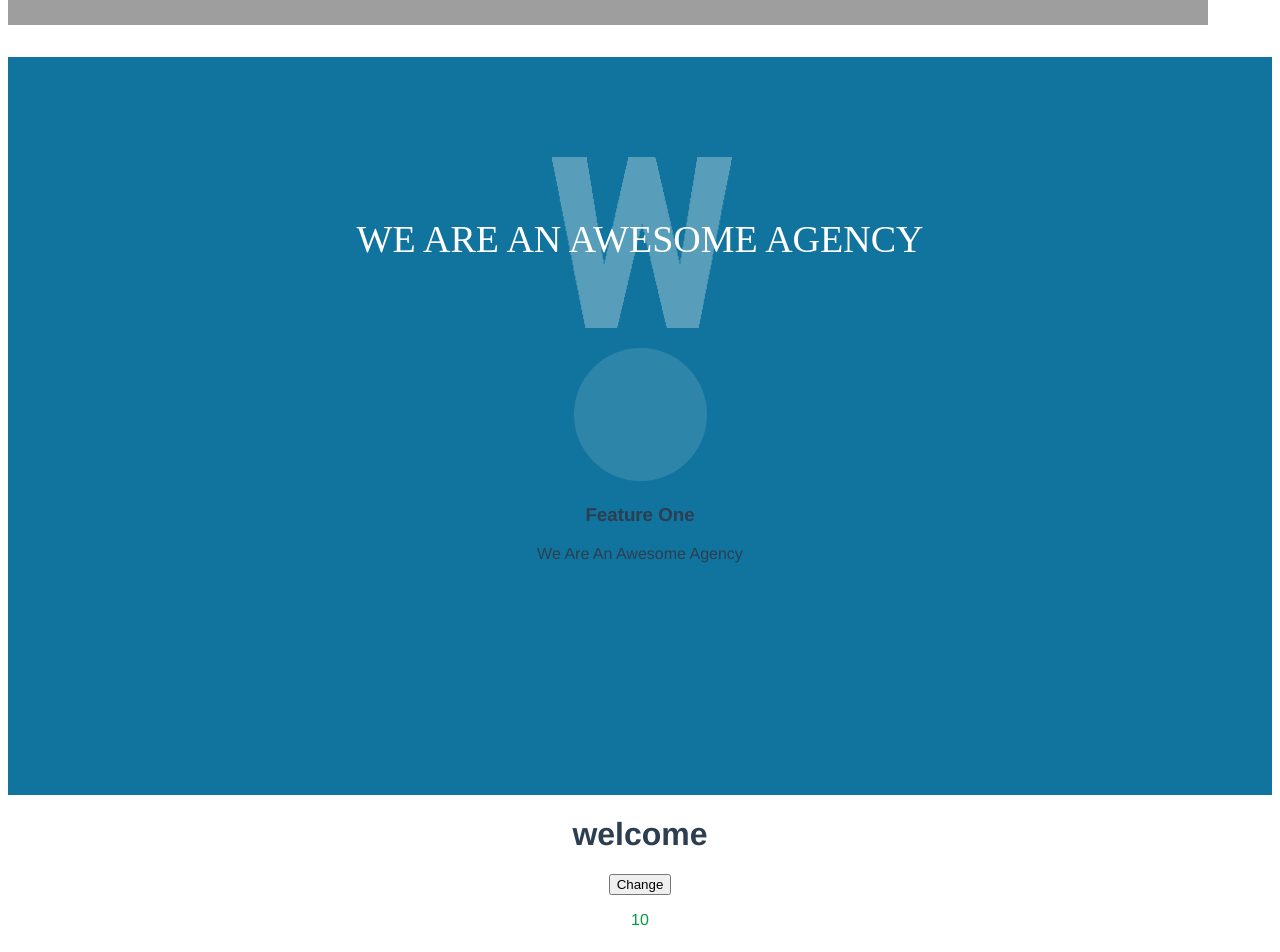
Repository: joker506/Creatives
Page: /
An editor plug-in stored every save of this project. The page is shown before and after the next save, followed by the edit.
The browser window is 1280 px wide. The pictures show the part of the page from y = 883 to 1835 px (the page is 1836 px tall).
Pictures or frames that could not be fetched are drawn as grey boxes. The project was rebuilt for these pictures with package versions that can differ from the ones it lists, and the page was loaded fresh each time.

Above is the page before, as saved 2020-04-01 19:02:26.

### src/App.vue
<template>
  <div id="app">
<HeaderApp  />
<AdvantagesApp />

    <HelloWorld
    @clicks="clickUp($event)"
       :msg=msg
       :counter=counter />
  </div>
</template>

<script>
import HelloWorld from './components/HelloWorld.vue'
import HeaderApp from './components/HeaderApp.vue'
import AdvantagesApp from './components/AdvantagesApp.vue'

export default {
  name: 'App',
  data(){
    return{
    msg:"welcome",
    counter:10
    }
  },
  components: {
    HelloWorld,
    AdvantagesApp,
    HeaderApp
  },
  methods:{
    clickUp(event){
      console.log("click")
      this.counter=event
    }
  }
}
</script>

<style>
#app {
  font-family: Avenir, Helvetica, Arial, sans-serif;
  -webkit-font-smoothing: antialiased;
  -moz-osx-font-smoothing: grayscale;
  text-align: center;
  color: #2c3e50;
  overflow: hidden;

}
</style>

### src/components/HelloWorld.vue
<template>
  <div class="hello">
    <h1>{{ msg }} </h1>
   <button @click="clickDown">Change</button>
   <p>{{counter}}</p>

  </div>
</template>

<script>
export default {
  name: 'HelloWorld',

  props: {
    msg: String,
    counter:Number

  },
  methods:{
    clickDown(){
      console.log("Your Click!")
      this.$emit("clicks",this.counter+1)

    }
  }
}
</script>

<style scoped>
h3 {
  margin: 40px 0 0;
}
ul {
  list-style-type: none;
  padding: 0;
}
li {
  display: inline-block;
  margin: 0 10px;
}
a {
  color: #42b983;
}
p{
  color:rgb(3, 156, 62);
}
</style>

### src/components/HeaderApp.vue
<template>

<header class="header">

<div class="header__top">
<a class="logo" href="#" >
    <img src="@/assets/Logo1.png" alt="logo">
</a>
<nav class="main-nav">
    <ul class="main-nav__items">
        <li class="item">
            <a href="#">Home</a> </li>
        <li class="item">
            <a href="#">Pages</a> </li>
        <li class="item">
            <a href="#">Features</a> </li>
        <li class="item">
            <a href="#">Extensions</a> </li>
        <li class="item">
            <a href="#">Tutorials</a> </li>
        <li class="item">
            <a href="#">Contact us</a> </li>
    </ul>
</nav>

<div class="social">
    <ul class="social__items">
        <li class="social__item social__item--fb">
            <a class="social__link" href="#"></a></li>
        <li class="social__item social__item--insta">
            <a class="social__link" href="#"></a></li>
        <li class="social__item social__item--teleg">
            <a class="social__link" href="#"></a></li>
        <li class="social__item social__item--vk">
            <a class="social__link" href="#"></a></li>
    </ul>
</div>

</div>
<div class="header__main">

<h1 class="header__title" >Creatives</h1>
<p class="text"  >Power by PSDfreebies.com</p>

<span class="btn__main">
    <a class="btn__main-link">scroll down</a>
</span>
</div>


</header>

</template>

<script>
export default {
    name:'HeaderApp',

    directives:{
        font:{
            bind(el){
            el.style.fontSize='50px'
            }
        },
        color:{
            bind(el){
                el.style.color='#ffffff'
            }
        }
    }


}
</script>

<style lang="scss">
.header{
    margin: 0;
    padding: 0;
    max-width: 1600px;
    height: 880px;
    padding-top: 20px;
    font-size: 18px;
    background-image: url("~@/assets/Layer96.jpg");
    background-repeat: no-repeat;
    background-position: 0 0;
    background-size: contain;
}

.header__top{
    padding-right: 15px;
    padding-left: 15px;
    display: flex;
    justify-content: space-between;
    height: 90px;
    border-bottom: 3px solid hsla(0, 0%, 47%, 0.5);
}
.wrapper{
    width: 1200px;
}
.logo {
    list-style: none;
    cursor: pointer;
    color: #000000 ;
    &>img{
    width:79px;
    height:75px;
    }
}

.main-nav{
margin-left: 220px;
margin-right: 40px;
//border: 1px solid greenyellow;
}
.main-nav__items{
padding: 0;
margin: 0;
display: flex;
justify-content: space-between;
width: 700px;
height: 85px;
}
.item{
    width: 100px;
    height: 83px;
    list-style: none;
    font-family: "Myriad Pro";
    font-size: 20px;
    font-weight: 400;
    color: #ffffff;
    &:hover{
        border-bottom: 6px solid #11749e;
    }
    &>a{
        display: block;
        padding-top: 30px;
        height: 50px;
        text-decoration: none;
        color: #868686;
   /*  &:hover{
        color: blue;
    } */

    }
}
.social{
width: 141px;
}
.social__items{
    margin: 0;
    padding: 0;
    display: flex;
    justify-content: space-between;
    list-style: none;
}

.social__item{
    width: 20px;
    height: 20px;
    margin-top: 30px;
    position: relative;
    &--fb{
        background-image: url("~@/assets/facebook.svg");
        &:hover{
        background-image: url("~@/assets/fb-active.svg");
        }
    }
     &--insta{
        background-image: url("~@/assets/instagram.svg");
    }
     &--teleg{
        background-image: url("~@/assets/telegram.svg");
    }
     &--vk{
        background-image: url("~@/assets/vk.svg");
    }
    &::before{
        content: '';
        position: absolute;
        width: 30px;
        height: 30px;
         background-position: 0 0;
        background-repeat: no-repeat;
}
}


.social__link{
    display: block;
    padding-top: 30px;
    height: 50px;
    color: #868686;
    text-decoration: none;
}

.header__main{
    height: 766px;
}

.header__title{
    margin: 0 auto;
    margin-top: 130px;

//opacity: -1;
//color: #f5f5f5;
font-family: Gotham;
font-size: 153px;
font-weight: 700;
text-transform: uppercase;
letter-spacing: -1.92px;
}

.text{
margin: 0 auto;
margin-top: 30px;
//opacity: -1;
color: #11749e;
font-family: Gotham;
font-size: 25px;
font-weight: 500;
line-height: 51.19px;
text-transform: uppercase;
/* Text style for "Power by P" */
letter-spacing: 7.88px;
}

.btn__main{
    display: block;
    margin-top: 115px;
    position: relative;

}
.btn__main-link{
    color:beige;
    cursor: pointer;
    font-weight: 500;
    line-height: 22px;
    text-transform: capitalize;
        &::after{
        content: '';
        display: block;
        left: 50%;
        margin: auto;
        margin-top: 15px;
        width: 65px;
        height: 65px;
        background-image: url("~@/assets/chevron.svg");
        background-repeat: no-repeat;
        background-position: 0 0;
        background-size: cover;
        }
        &:hover{
color: #11749e;
}
}



</style>

### src/components/AdvantagesApp.vue
<template>
<section class="advantages">
    <div class="wrap">
<h2 class="advantages__title">
    We Are An Awesome Agency
</h2>
    </div>
<div class="block__first">
    <img src="~@/assets/Ellipse1.png" alt="ellipse">
    <h3 class="block__title">Feature One</h3>
    <p class="block__text">We Are An Awesome Agency
</p>
</div>

</section>
</template>

<script>
export default {
    name:'AdvantagesApp',

}
</script>

<style lang="scss">

.advantages{
max-width: 1600px;
height: 738px;
background-color: #11749e;
}
.wrap{
    margin: 0;
}
.advantages-logo{
margin-top: 108px;
    opacity: 0.3 ;
}

.advantages__title{
padding-top: 170px;
padding-bottom: 65px;
color: #ffffff;
font-family: Gotham;
font-size: 38px;
font-weight: 500;
line-height: 25px;
text-transform: uppercase;
position: relative;
&::before{
    content: '';
    position: absolute;
    top: 100px;
    left: 43%;
    width: 180px;
    height: 180px;
    opacity: 0.3;
    background-image: url("~@/assets/W.png");
    background-size: contain;
    background-repeat: no-repeat;
    background-position: 0 0;
}
}

</style>

Loaded but not shown: public/index.html (common file); src/main.js (common file)

After the next save:
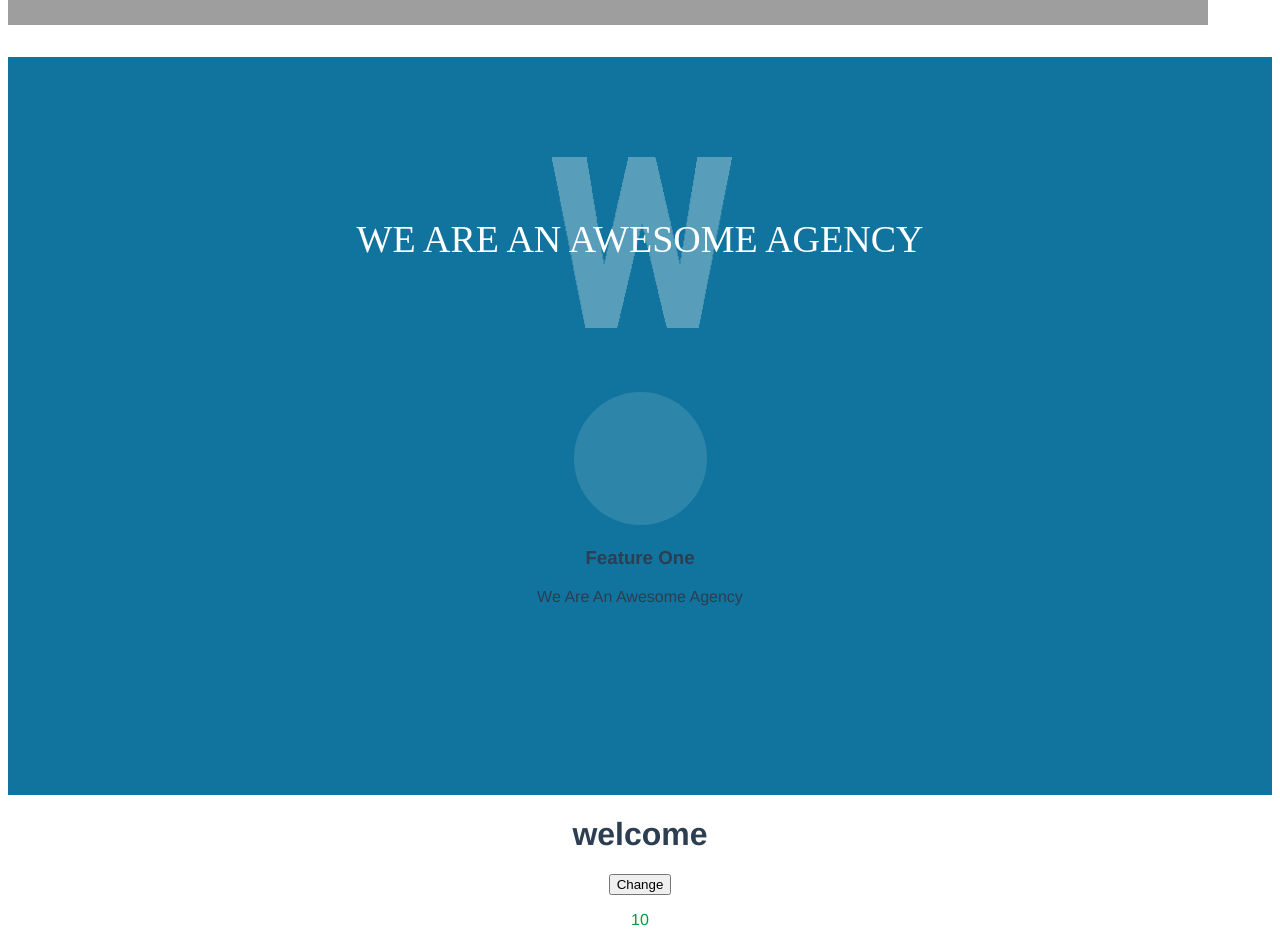
Saved 4 min 38 s later.
--- a/src/components/AdvantagesApp.vue
+++ b/src/components/AdvantagesApp.vue
@@ -39,7 +39,7 @@ margin-top: 108px;
 
 .advantages__title{
 padding-top: 170px;
-padding-bottom: 65px;
+margin-bottom: 140px;
 color: #ffffff;
 font-family: Gotham;
 font-size: 38px;
